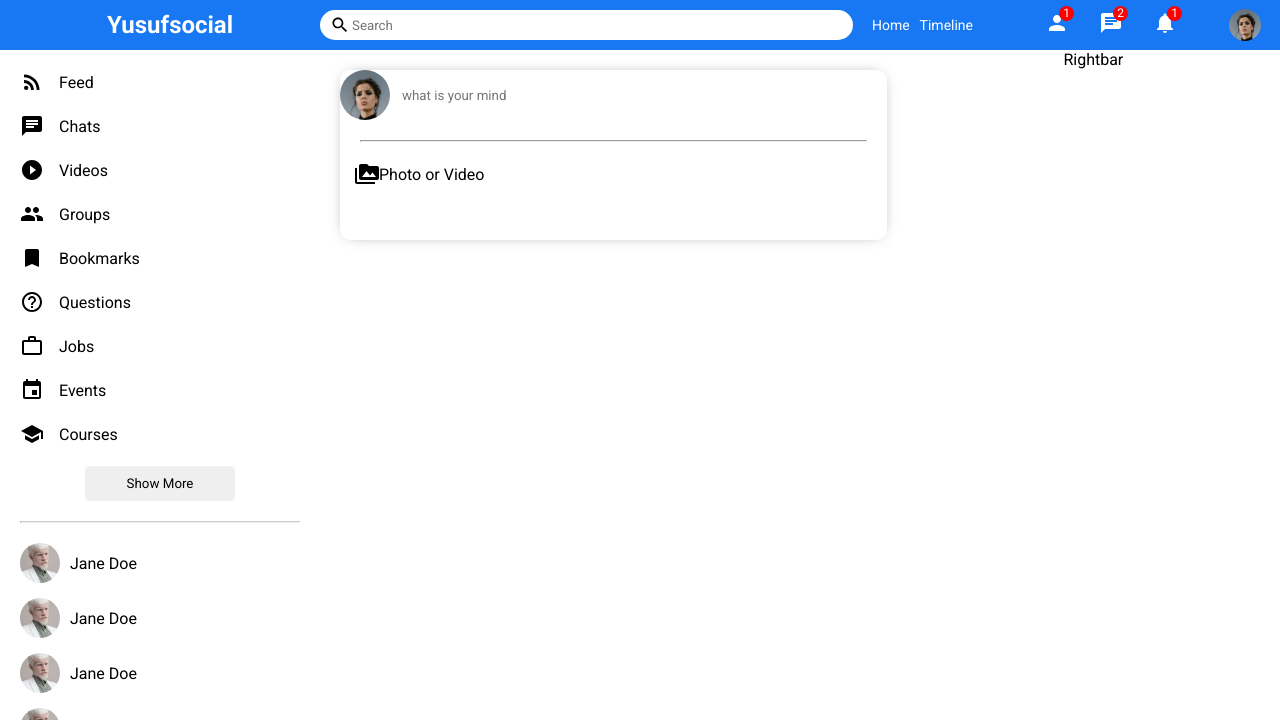
Repository: sevilgenysf/socialmediaapp
Page: /
These files come from the project's save history. The page is drawn as it stood at one moment and after the next save; the edit follows.
The browser window is 1280 px wide. The pictures show the whole page.
The project was rebuilt for these pictures with package versions that can differ from the ones it lists, and the page was loaded fresh each time.

Above is the page before, as saved 2022-02-17 10:07:12.

### public/index.html
<!DOCTYPE html>
<html lang="en">

<head>
	<meta charset="utf-8" />
	<meta name="viewport" content="width=device-width, initial-scale=1" />
	<meta name="description" content="Web site created using create-react-app" />
	<link href="https://fonts.googleapis.com/css2?family=Roboto:ital,wght@0,300;0,400;0,700;1,500&display=swap"
		rel="stylesheet">
	<link rel="stylesheet" href="style.css">
	<title>Social App</title>
</head>

<body>
	<noscript>You need to enable JavaScript to run this app.</noscript>
	<div id="root"></div>
</body>

</html>

### src/App.js
import React from 'react';
import Home from './pages/home/Home';
import './App.css';

function App() {
	return (
		<div className="App">
			<Home />
		</div>
	);
}

export default App;

### src/pages/home/Home.jsx
import React from 'react';
import Topbar from '../../components/topbar/Topbar';
import Sidebar from '../../components/sidebar/Sidebar';
import Feed from '../../components/feed/Feed';
import Rightbar from '../../components/rightbar/Rightbar';
import './home.css';

const Home = () => {
	return (
		<>
			<Topbar />
			<div className="homeContainer">
				<Sidebar />
				<Feed />
				<Rightbar />
			</div>
		</>
	);
};

export default Home;

### src/components/topbar/Topbar.jsx
import React from 'react';
import './topbar.css';
import { Search, Person, Chat, Notifications } from '@mui/icons-material';

const Topbar = () => {
	return (
		<div className="topbarContainer">
			<div className="topbarLeft">
				<span className="logo">Yusufsocial</span>
			</div>
			<div className="topbarCenter">
				<div className="searchbar">
					<Search className="searchIcon" />
					<input type="text" placeholder="Search" className="searchInput" />
				</div>
			</div>
			<div className="topbarRight">
				<div className="topbarLink">
					<span className="topbarLink">Home</span>
					<span className="topbarLink">Timeline</span>
				</div>
				<div className="topbarIcons">
					<div className="topbarIconItem">
						<Person />
						<span className="topbarIconBadge">1</span>
					</div>
					<div className="topbarIconItem">
						<Chat />
						<span className="topbarIconBadge">2</span>
					</div>
					<div className="topbarIconItem">
						<Notifications />
						<span className="topbarIconBadge">1</span>
					</div>
				</div>
				<img src="/assets/person/1.jpeg" alt="" className="topbarImg" />
			</div>
		</div>
	);
};

export default Topbar;

### src/components/sidebar/Sidebar.jsx
import React from 'react';
import './sidebar.css';
import {
	RssFeed,
	Chat,
	PlayCircleFilledOutlined,
	Group,
	Bookmark,
	HelpOutline,
	WorkOutline,
	Event,
	School
} from '@mui/icons-material';

const Sidebar = () => {
	return (
		<div className="sidebar">
			<div className="sidebarWrapper">
				<ul className="sidebarList">
					<li className="sidebarListItem">
						<RssFeed className="sidebarIcon" />
						<span className="sidebarListItemText">Feed</span>
					</li>
					<li className="sidebarListItem">
						<Chat className="sidebarIcon" />
						<span className="sidebarListItemText">Chats</span>
					</li>
					<li className="sidebarListItem">
						<PlayCircleFilledOutlined className="sidebarIcon" />
						<span className="sidebarListItemText">Videos</span>
					</li>
					<li className="sidebarListItem">
						<Group className="sidebarIcon" />
						<span className="sidebarListItemText">Groups</span>
					</li>
					<li className="sidebarListItem">
						<Bookmark className="sidebarIcon" />
						<span className="sidebarListItemText">Bookmarks</span>
					</li>
					<li className="sidebarListItem">
						<HelpOutline className="sidebarIcon" />
						<span className="sidebarListItemText">Questions</span>
					</li>
					<li className="sidebarListItem">
						<WorkOutline className="sidebarIcon" />
						<span className="sidebarListItemText">Jobs</span>
					</li>
					<li className="sidebarListItem">
						<Event className="sidebarIcon" />
						<span className="sidebarListItemText">Events</span>
					</li>
					<li className="sidebarListItem">
						<School className="sidebarIcon" />
						<span className="sidebarListItemText">Courses</span>
					</li>
				</ul>
				<button className="sidebarButton">Show More</button>
				<hr className="sidebarHr" />
				<ul className="sidebarFriendList">
					<li className="sidebarFriend">
						<img
							className="sidebarFriendImg"
							src="/assets/person/2.jpeg"
							alt=""
						/>
						<span className="sideBarFriendName">Jane Doe</span>
					</li>
					<li className="sidebarFriend">
						<img
							className="sidebarFriendImg"
							src="/assets/person/2.jpeg"
							alt=""
						/>
						<span className="sideBarFriendName">Jane Doe</span>
					</li>
					<li className="sidebarFriend">
						<img
							className="sidebarFriendImg"
							src="/assets/person/2.jpeg"
							alt=""
						/>
						<span className="sideBarFriendName">Jane Doe</span>
					</li>
					<li className="sidebarFriend">
						<img
							className="sidebarFriendImg"
							src="/assets/person/2.jpeg"
							alt=""
						/>
						<span className="sideBarFriendName">Jane Doe</span>
					</li>
					<li className="sidebarFriend">
						<img
							className="sidebarFriendImg"
							src="/assets/person/2.jpeg"
							alt=""
						/>
						<span className="sideBarFriendName">Jane Doe</span>
					</li>
					<li className="sidebarFriend">
						<img
							className="sidebarFriendImg"
							src="/assets/person/2.jpeg"
							alt=""
						/>
						<span className="sideBarFriendName">Jane Doe</span>
					</li>
					<li className="sidebarFriend">
						<img
							className="sidebarFriendImg"
							src="/assets/person/2.jpeg"
							alt=""
						/>
						<span className="sideBarFriendName">Jane Doe</span>
					</li>
					<li className="sidebarFriend">
						<img
							className="sidebarFriendImg"
							src="/assets/person/2.jpeg"
							alt=""
						/>
						<span className="sideBarFriendName">Jane Doe</span>
					</li>
					<li className="sidebarFriend">
						<img
							className="sidebarFriendImg"
							src="/assets/person/2.jpeg"
							alt=""
						/>
						<span className="sideBarFriendName">Jane Doe</span>
					</li>
					<li className="sidebarFriend">
						<img
							className="sidebarFriendImg"
							src="/assets/person/2.jpeg"
							alt=""
						/>
						<span className="sideBarFriendName">Jane Doe</span>
					</li>
					<li className="sidebarFriend">
						<img
							className="sidebarFriendImg"
							src="/assets/person/2.jpeg"
							alt=""
						/>
						<span className="sideBarFriendName">Jane Doe</span>
					</li>
				</ul>
			</div>
		</div>
	);
};

export default Sidebar;

### src/components/feed/Feed.jsx
import React from 'react';
import './feed.css';
import Share from '../../components/share/Share';

const Feed = () => {
	return (
		<div className="feed">
			<div className="feedWrapper">
				<Share />
			</div>
		</div>
	);
};

export default Feed;

### src/components/rightbar/Rightbar.jsx
import React from 'react';
import './rightbar.css';

const Rightbar = () => {
	return <div className="rightbar">Rightbar</div>;
};

export default Rightbar;

### src/pages/home/home.css
.homeContainer {
	display: flex;
	width: 100%;
}

### src/components/topbar/topbar.css
.topbarContainer {
	height: 50px;
	width: 100%;
	background-color: #1877f2;
	display: flex;
	align-items: center;
	position: sticky;
	top: 0;
}

.topbarLeft {
	flex: 3;
}

.logo {
	font-size: 24px;
	margin-left: 20px;
	font-weight: bold;
	color: #fff;
	cursor: pointer;
}

.topbarCenter {
	flex: 5;
}

.searchbar {
	width: 100%;
	height: 30px;
	background-color: #fff;
	border-radius: 30px;
	display: flex;
	align-items: center;
}

.searchIcon {
	font-size: 20px !important;
	margin-left: 10px;
}


.searchInput {
	border: none;
	width: 70%;
}

.searchInput:focus {
	outline: none;
}

.topbarRight {
	display: flex;
	align-items: center;
	justify-content: space-around;
	flex: 4;
	color: #fff;
}

.topbarLink {
	margin-right: 10px;
	font-size: 14px;
	cursor: pointer;
}

.topbarIcons {
	display: flex;
}

.topbarIconItem {
	margin: 15px;
	cursor: pointer;
	position: relative;
}

.topbarIconBadge {
	width: 15px;
	height: 15px;
	background-color: red;
	border-radius: 50%;
	color: #fff;
	position: absolute;
	top: -5px;
	right: -5px;
	align-items: center;
	justify-content: center;
	font-size: 12px;
}

.topbarImg {
	width: 32px;
	height: 32px;
	border-radius: 50%;
	object-fit: cover;
	cursor: pointer;
}

### src/components/sidebar/sidebar.css
.sidebar {
	flex: 3;
	height: calc(100vh - 50px);
	overflow-y: scroll;
}

::-webkit-scrollbar {
	width: 5px;
}

::-webkit-scrollbar-track {
	background: #f1f1f1;
}

::-webkit-scrollbar-thumb {
	background-color: rgb(167, 160, 160);
}

.sidebarWrapper {
	padding: 20px;
}

.sidebarList {
	padding: 0;
	margin: 0;
	list-style: none;
}

.sidebarListItem {
	display: flex;
	align-items: center;
	margin-bottom: 20px;
}

.sidebarIcon {
	margin-right: 15px;
}

.sidebarButton {
	width: 150px;
	border: none;
	padding: 10px;
	border-radius: 5px;
	font-weight: 500;
}

.sidebarHr {
	margin: 20px 0;
	border-top: 1px solid #ccc;
}

.sidebarFriendList {
	padding: 0;
	margin: 0;
	list-style: none;
}

.sidebarFriend {
	display: flex;
	align-items: center;
	margin-bottom: 15px;
}

.sidebarFriendImg {
	width: 40px;
	height: 40px;
	border-radius: 50%;
	object-fit: cover;
	margin-right: 10px;
}

### src/components/feed/feed.css
.feed {
	flex: 5.5;
}

.feedWrapper {
	padding: 20px;
}

### src/components/share/Share.jsx
import React from 'react';
import './share.css';
import { PermMedia } from '@mui/icons-material';

const Share = () => {
	return (
		<div className="share">
			<div className="containerWrapper">
				<div className="shareTop">
					<img className="shareProfileImg" src="/assets/person/1.jpeg" alt="" />
					<input
						className="shareInput"
						type="text"
						placeholder="what is your mind"
					/>
				</div>
				<hr className="shareHr" />
				<div className="shareBottom">
					<div className="shareOptions">
						<div className="shareOption">
							<PermMedia className="shareIcon" />
							<span className="shareOptionText">Photo or Video</span>
						</div>
					</div>
				</div>
			</div>
		</div>
	);
};

export default Share;

### src/components/rightbar/rightbar.css
.rightbar {
	flex: 3.5;
}

### src/components/share/share.css
.share {
	width: 100%;
	height: 170px;
	border-radius: 10px;
	-webkit-box-shadow: 0px 0px 16px -8px rgba(0,0,0,0.75);
	box-shadow: 0px 0px 16px -8px rgba(0,0,0,0.68);
}

.shareWrapper {
	padding: 10px;
}

.shareTop {
	display: flex;
	align-items: center;
}

.shareProfileImg {
	width: 50px;
	height: 50px;
	border-radius: 50%;
	object-fit: cover;
	margin-right: 10px;
}

.shareInput {
	border: none;
	width: 80%;
}

.shareInput:focus {
	outline: none;
}

.shareHr {
	margin: 20px;
}

.shareBottom {
	display: flex;
	align-items: center;
	justify-content: space-between;
}

.shareOptions {
	display: flex;
	margin-left: 15px;
}

.shareOption {
	display: flex;
	align-items: center;
	margin-right: 15px;
	cursor: pointer;
}

### public/style.css
* {
	margin: 0;
	font-family: 'Roboto', sans-serif ;
}

Loaded but not shown: src/index.js (common file); src/index.css (common file); src/App.css (common file)

After the next save:
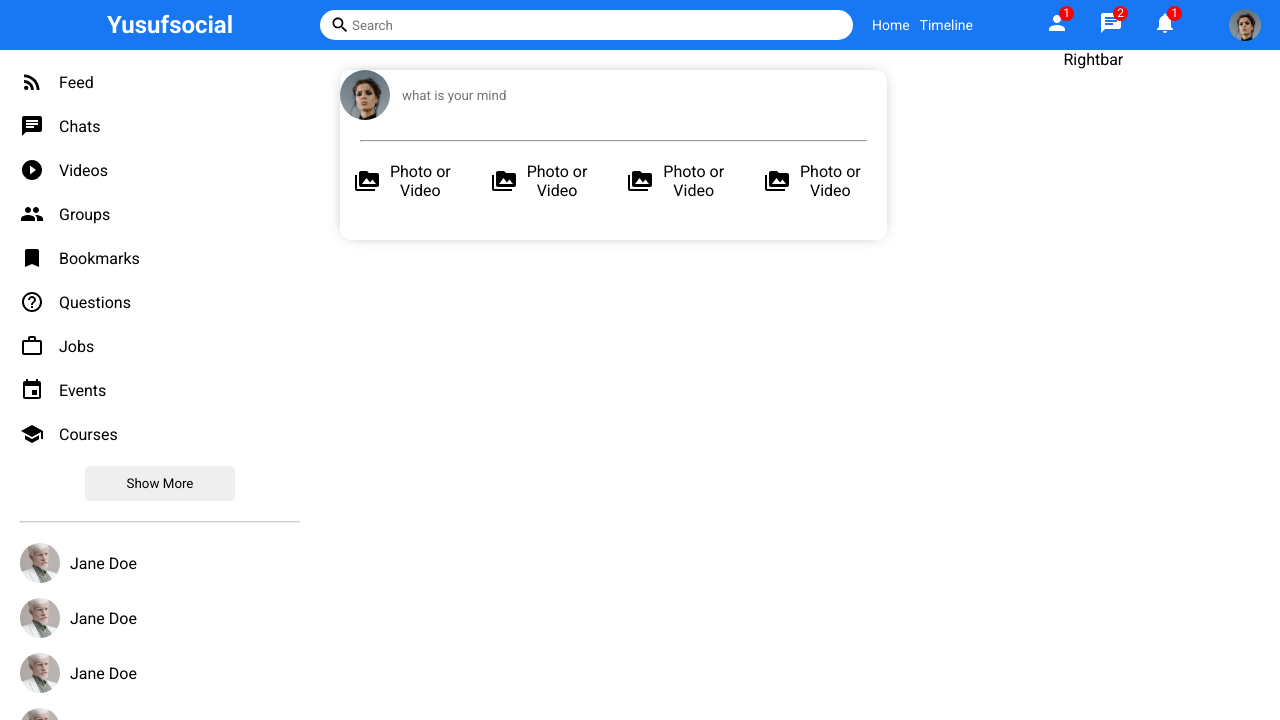
Saved 104 s later.
--- a/src/components/share/Share.jsx
+++ b/src/components/share/Share.jsx
@@ -22,6 +22,24 @@ const Share = () => {
 							<span className="shareOptionText">Photo or Video</span>
 						</div>
 					</div>
+					<div className="shareOptions">
+						<div className="shareOption">
+							<PermMedia className="shareIcon" />
+							<span className="shareOptionText">Photo or Video</span>
+						</div>
+					</div>
+					<div className="shareOptions">
+						<div className="shareOption">
+							<PermMedia className="shareIcon" />
+							<span className="shareOptionText">Photo or Video</span>
+						</div>
+					</div>
+					<div className="shareOptions">
+						<div className="shareOption">
+							<PermMedia className="shareIcon" />
+							<span className="shareOptionText">Photo or Video</span>
+						</div>
+					</div>
 				</div>
 			</div>
 		</div>
